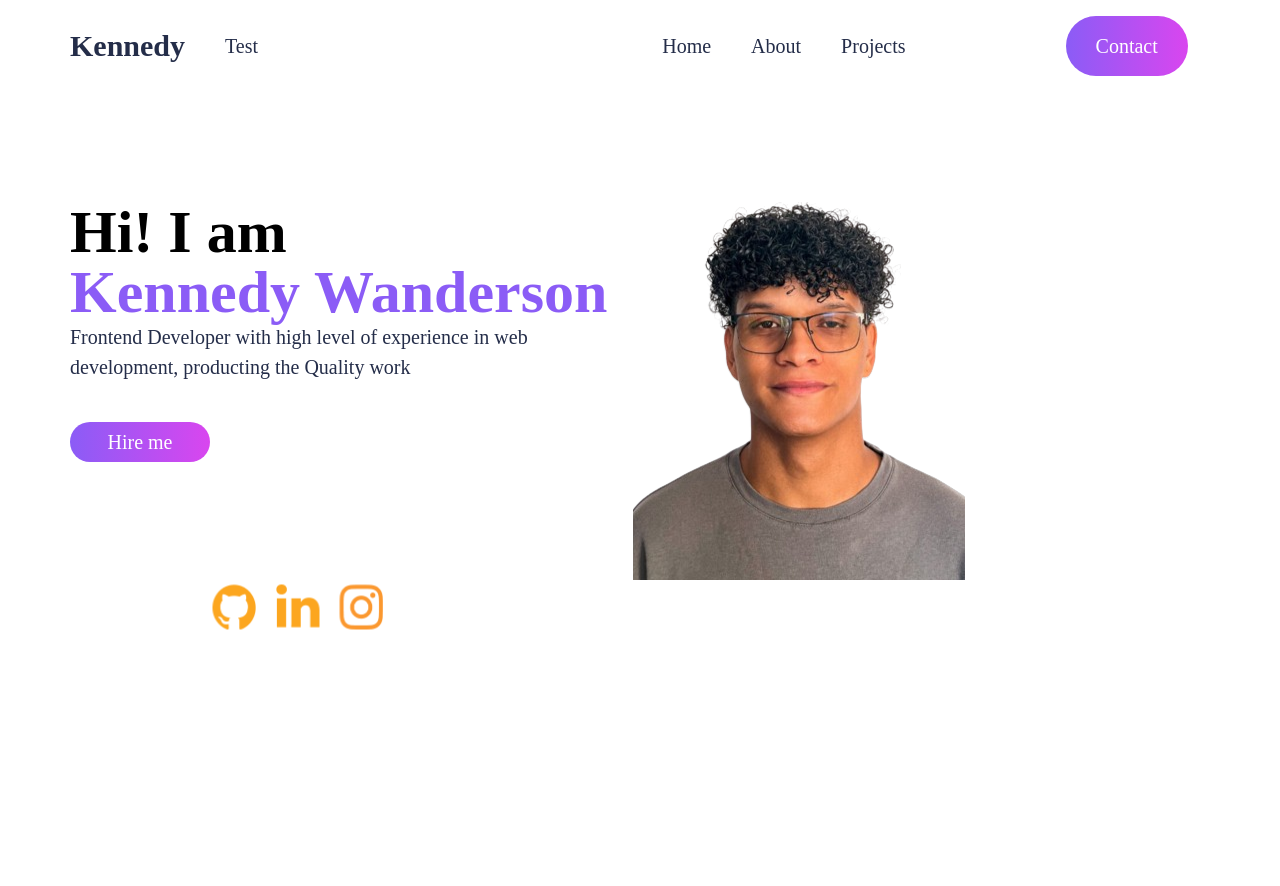
Repository: KennedyWanderson/portfolio
Page: /
These files come from the project's save history. The page is drawn as it stood at one moment and after the next save; the edit follows.
The browser window is 1280 px wide. The pictures show the whole page.
Some web fonts or font styles are not loaded; a fallback is used. The project was rebuilt for these pictures with package versions that can differ from the ones it lists, and the page was loaded fresh each time.

Above is the page before, as saved 2024-01-17 11:47:14.

After the next save:
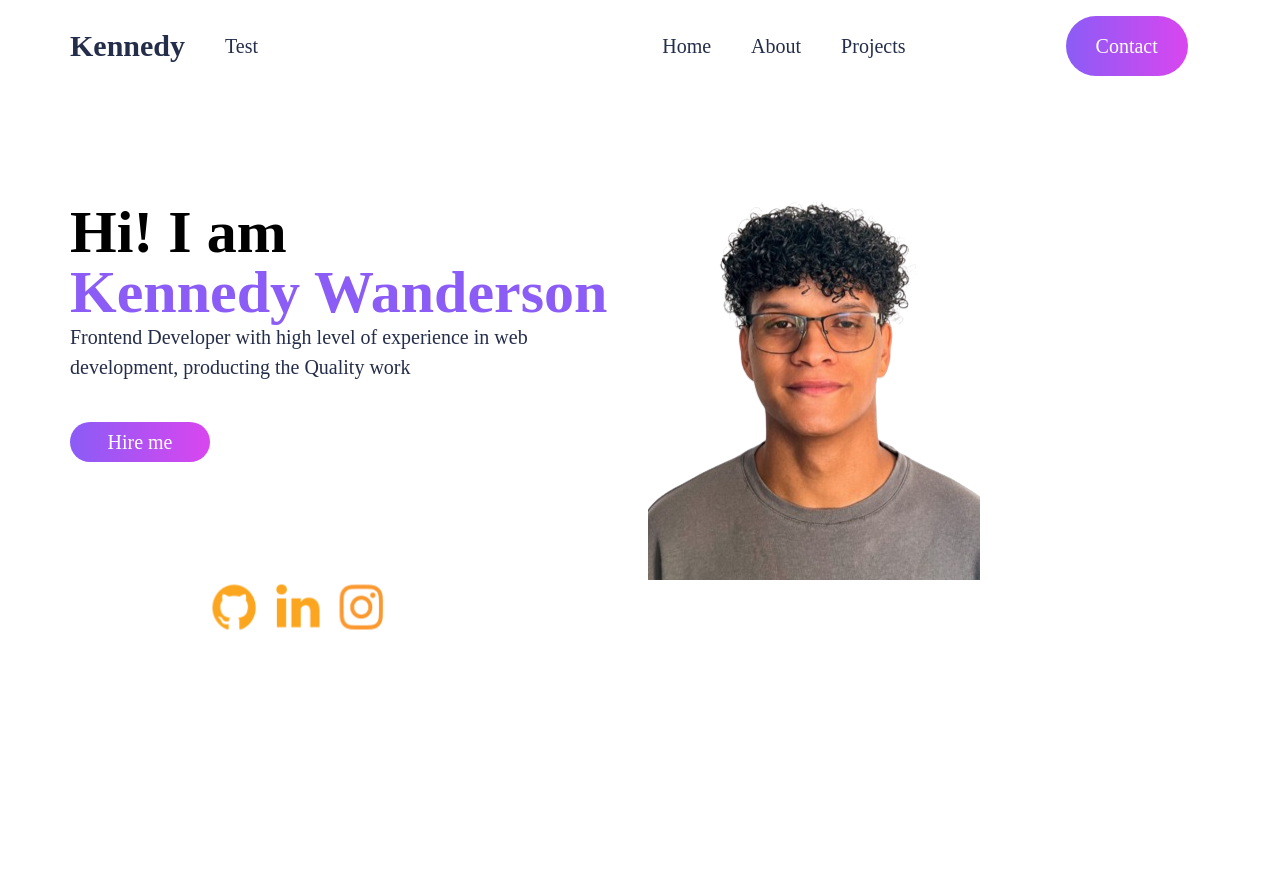
Saved 7 s later.
--- a/src/Components/About/About.jsx
+++ b/src/Components/About/About.jsx
@@ -33,7 +33,7 @@ const About = () => {
                 </div>
             </div>
             <div className="flex-1 relative">
-                <div className="z-[1] absolute -left-1.5 ">
+                <div className="z-[1] absolute left-1.5 ">
                     <img className="scale-145 " src={Profile} alt="" />
                 </div>
             </div>
